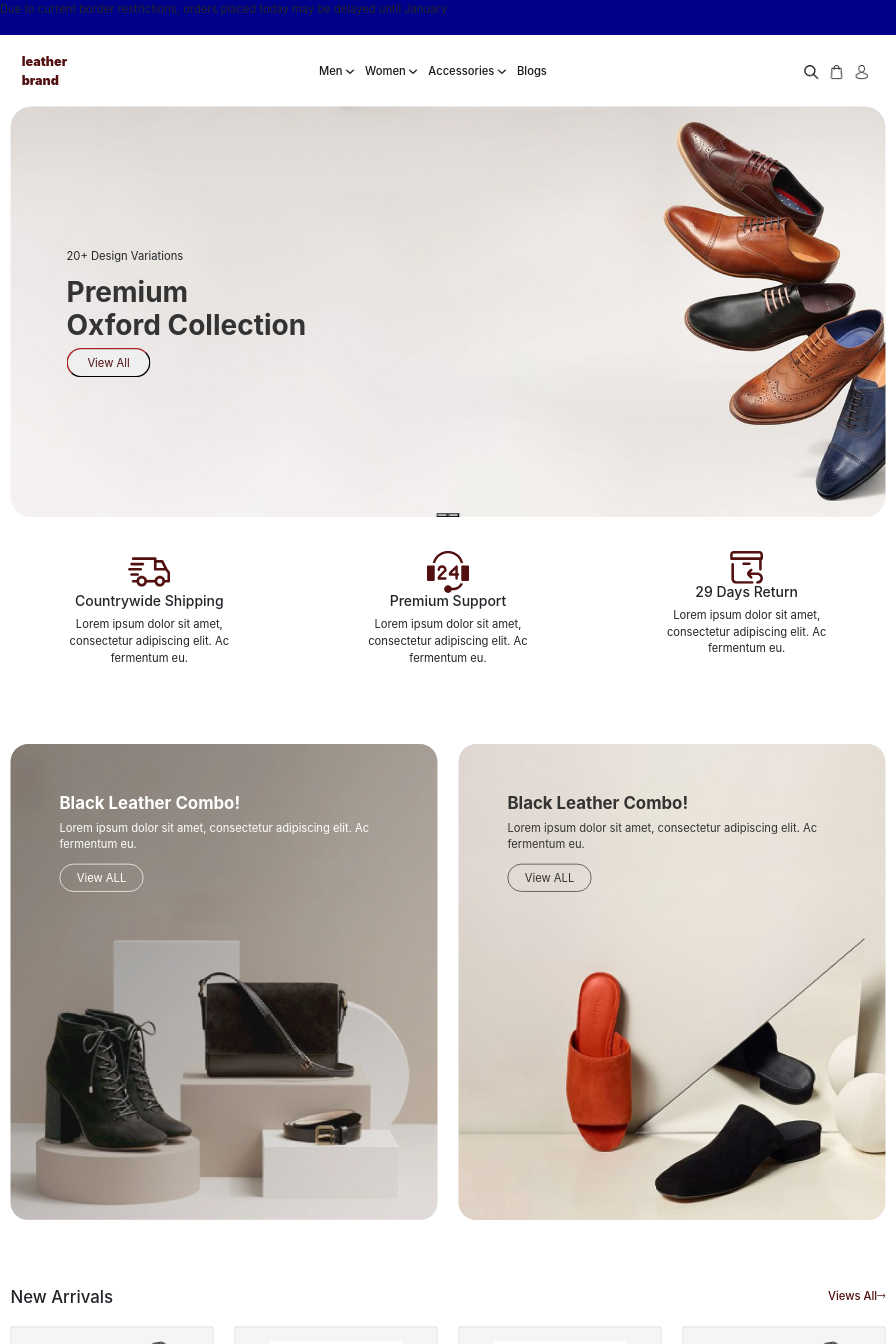
Repository: arif286/fashion-house
Page: /
An editor plug-in stored every save of this project. The page is shown before and after the next save, followed by the edit.
The browser window is 1280 px wide. The pictures show the part of the page from y = 0 to 1920 px (the page is 3873 px tall), at 70% of full size.
The project was rebuilt for these pictures with package versions that can differ from the ones it lists, and the page was loaded fresh each time. The framework's server and built-in components were replaced by stand-ins that run in the browser. Also part of the build but not shown: nuxt.config.js, components/Footer.vue, components/NuxtLogo.vue, components/Tutorial.vue.

Above is the page before, as saved 2021-07-12 10:19:38.

After the next save:
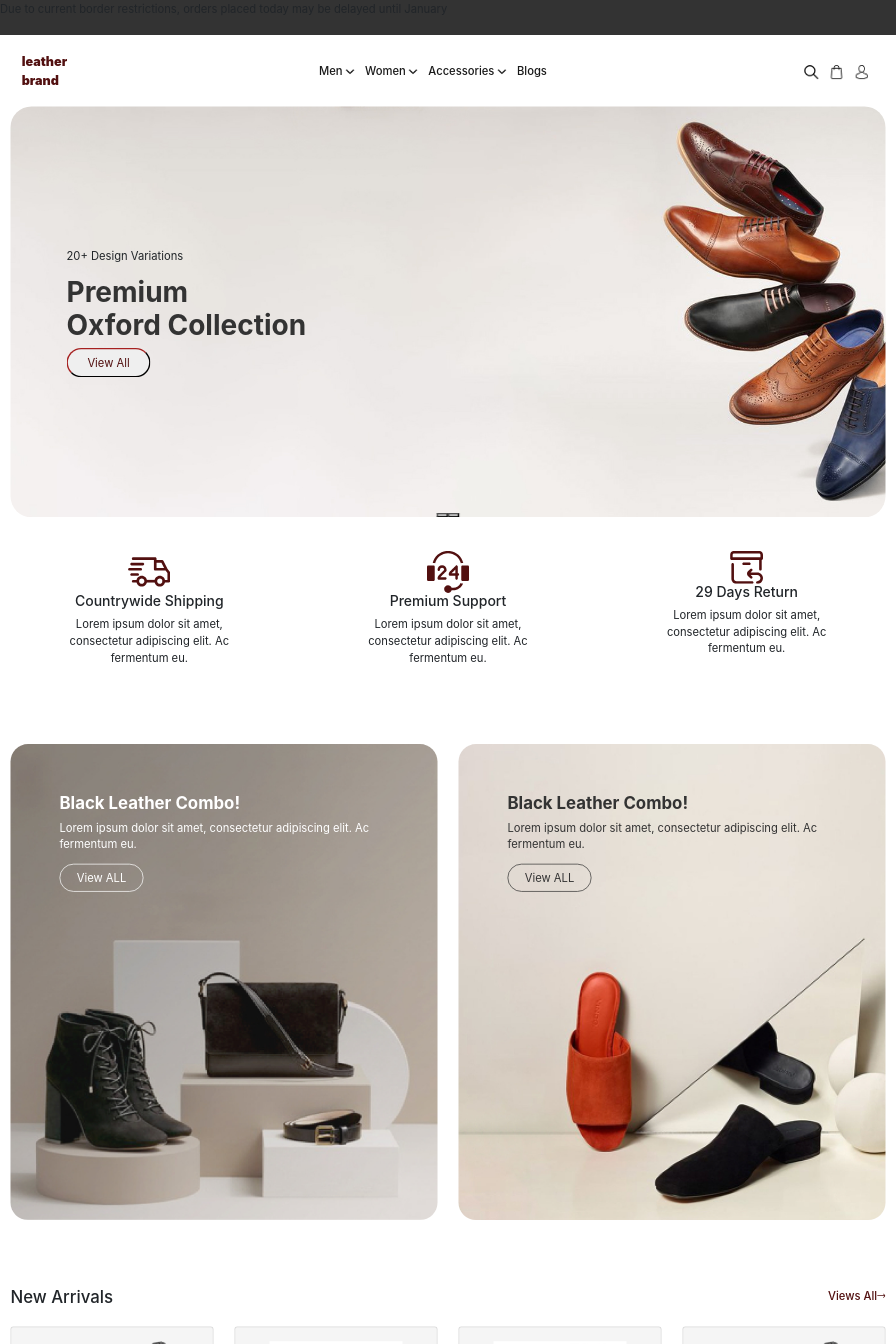
Saved 12 s later.
--- a/components/Nav.vue
+++ b/components/Nav.vue
@@ -120,6 +120,6 @@
 }
 .top-header {
   height: 50px;
-  background-color: darkblue;
+  background-color: #333333;
 }
 </style>
